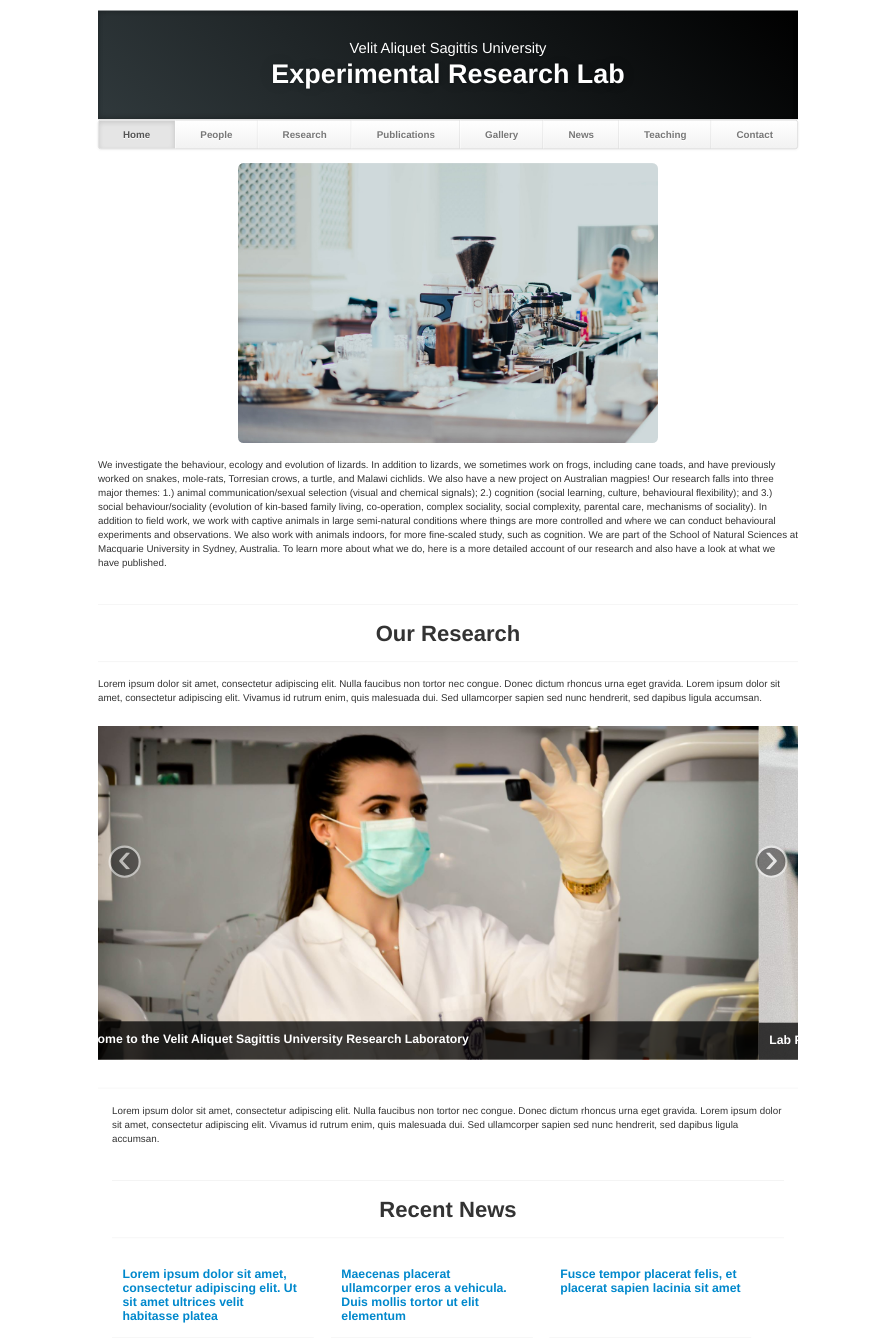
Repository: IAEUC/iaeuc.github.io
Page: index.html
An editor plug-in stored every save of this project. The page is shown before and after the next save, followed by the edit.
The browser window is 1280 px wide. The pictures show the part of the page from y = 0 to 1920 px (the page is 2570 px tall), at 70% of full size.

Above is the page before, as saved 2025-08-07 17:28:35.

After the next save:
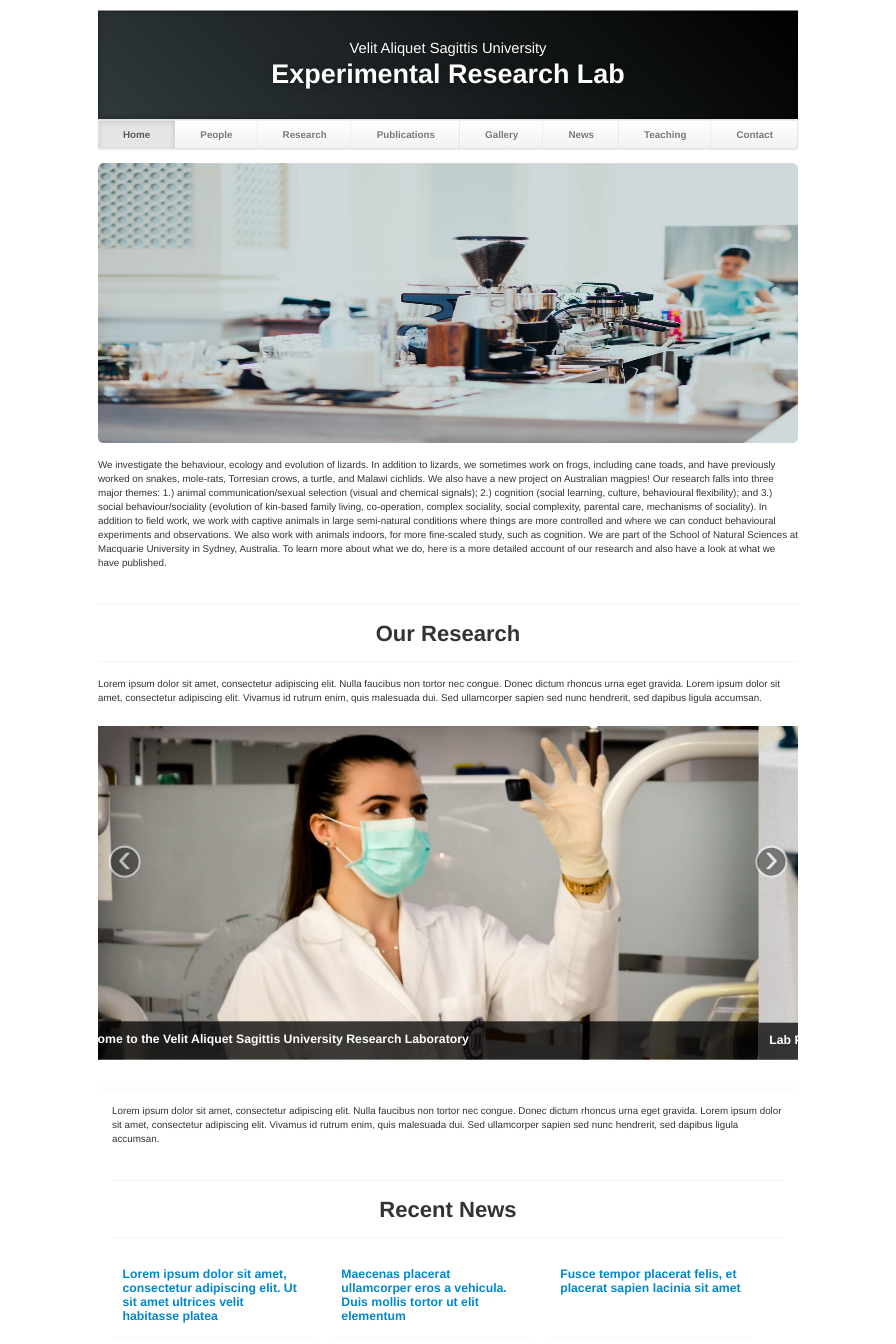
Saved 13 s later.
--- a/index.html
+++ b/index.html
@@ -36,7 +36,7 @@
             </div>
          </div>
          <div class="centered" style="margin-bottom: 20px;">
-                                 <img src="images/lab-photo.jpg" alt="Research Laboratory" style="max-width: 100%; max-height: 400px; border-radius: 8px;">
+                                 <img src="images/lab-photo.jpg" alt="Research Laboratory" style="width: 1200px; max-height: 400px; border-radius: 8px;">
                               </div>
          <div class="row-fluid">
             <div class="span12">
